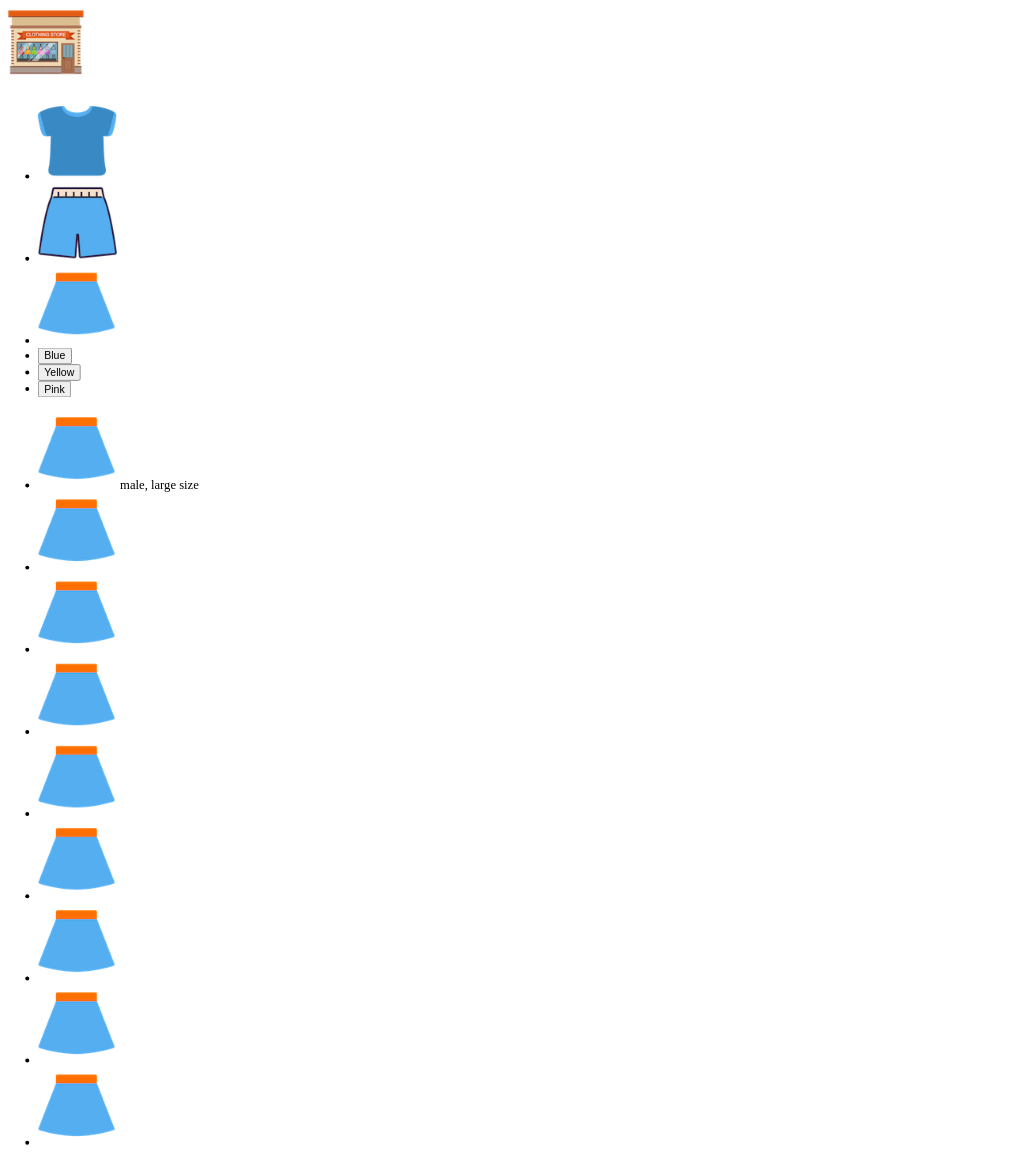
Repository: keehoonjung/Shoppingmall-Game
Page: index.html
An editor plug-in stored every save of this project. The page is shown before and after the next save, followed by the edit.
The browser window is 1280 px wide. The pictures show the whole page, at 79% of full size.

Above is the page before, as saved 2021-08-12 13:21:10.

### index.html
<!DOCTYPE html>
<html lang="en">
<head>
    <meta charset="UTF-8">
    <meta http-equiv="X-UA-Compatible" content="IE=edge">
    <meta name="viewport" content="width=device-width, initial-scale=1.0">
    <title>Shoppingamll Game</title>
    <link rel="stylesheet" href="style.css">
    <script src="main.js" defer></script>
</head>
<body>
    <header>
        <img src="./imgs/logo.png" alt="header" class="header__logo">
    </header>
    <ul class="filter">
        <li>
            <img src="./imgs/blue_t.png" alt="shirt" class="shirt">
        </li>
        <li>
            <img src="./imgs/blue_p.png" alt="pants" class="pants">
        </li>
        <li>
            <img src="./imgs/blue_s.png" alt="" class="skirts">
        </li>
        <li>
            <button class="blue">
                Blue
            </button>
        </li>
        <li>
            <button class="yellow">
                Yellow
            </button>
        </li>
        <li>
            <button class="pink">
                Pink
            </button>
        </li>
    </ul>
    <ul class="items">
        <li class="item">
            <img src="./imgs/blue_s.png" alt="blueshirt">
            <span>male, large size</span>
        </li>
        <li class="item">
            <img src="./imgs/blue_s.png" alt="blueshirt">
            <span></span>
        </li>
        <li class="item">
            <img src="./imgs/blue_s.png" alt="blueshirt">
            <span></span>
        </li>
        <li class="item">
            <img src="./imgs/blue_s.png" alt="blueshirt">
            <span></span>
        </li>
        <li class="item">
            <img src="./imgs/blue_s.png" alt="blueshirt">
            <span></span>
        </li>
        <li class="item">
            <img src="./imgs/blue_s.png" alt="blueshirt">
            <span></span>
        </li>
        <li class="item">
            <img src="./imgs/blue_s.png" alt="blueshirt">
            <span></span>
        </li>
        <li class="item">
            <img src="./imgs/blue_s.png" alt="blueshirt">
            <span></span>
        </li>
        <li class="item">
            <img src="./imgs/blue_s.png" alt="blueshirt">
            <span></span>
        </li>
    </ul>
</body>
</html>

Loaded but not shown: main.js (no copy from this time; the picture is the same without it); style.css (no copy from this time; the picture is the same without it)

After the next save:
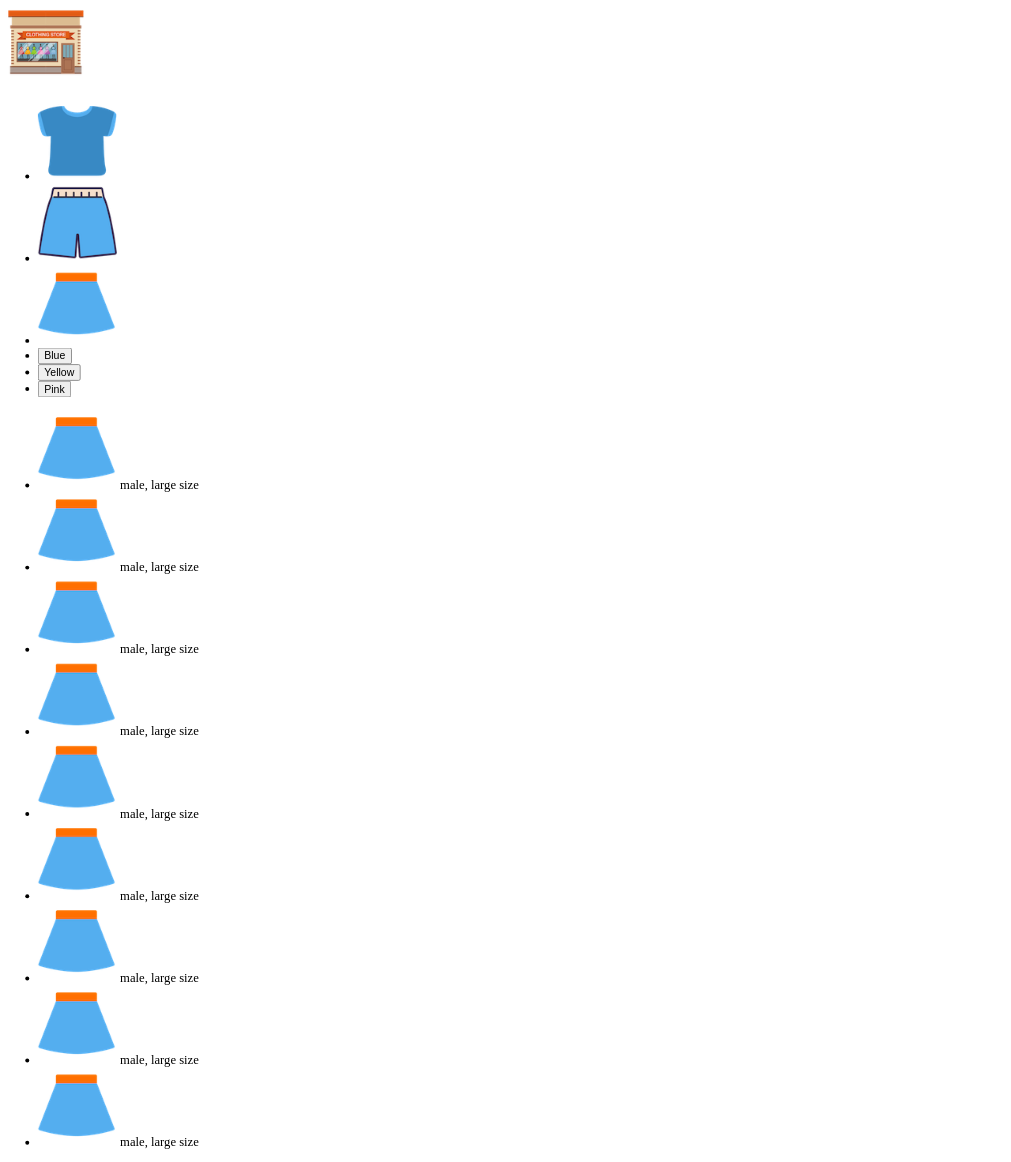
Saved 18 s later.
--- a/index.html
+++ b/index.html
@@ -45,35 +45,35 @@
         </li>
         <li class="item">
             <img src="./imgs/blue_s.png" alt="blueshirt">
-            <span></span>
+            <span>male, large size</span>
         </li>
         <li class="item">
             <img src="./imgs/blue_s.png" alt="blueshirt">
-            <span></span>
+            <span>male, large size</span>
         </li>
         <li class="item">
             <img src="./imgs/blue_s.png" alt="blueshirt">
-            <span></span>
+            <span>male, large size</span>
         </li>
         <li class="item">
             <img src="./imgs/blue_s.png" alt="blueshirt">
-            <span></span>
+            <span>male, large size</span>
         </li>
         <li class="item">
             <img src="./imgs/blue_s.png" alt="blueshirt">
-            <span></span>
+            <span>male, large size</span>
         </li>
         <li class="item">
             <img src="./imgs/blue_s.png" alt="blueshirt">
-            <span></span>
+            <span>male, large size</span>
         </li>
         <li class="item">
             <img src="./imgs/blue_s.png" alt="blueshirt">
-            <span></span>
+            <span>male, large size</span>
         </li>
         <li class="item">
             <img src="./imgs/blue_s.png" alt="blueshirt">
-            <span></span>
+            <span>male, large size</span>
         </li>
     </ul>
 </body>
